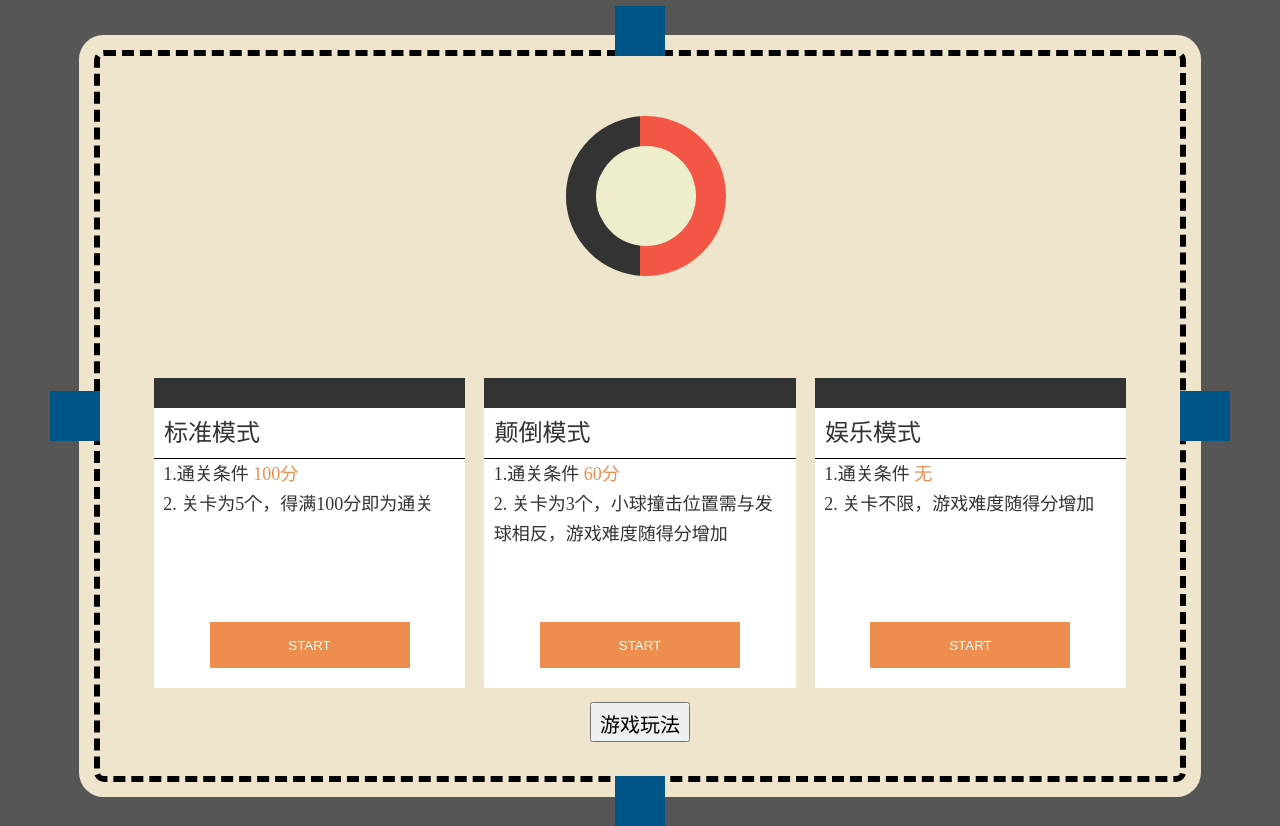
Repository: EEETA/ball-game
Page: theBall2/index.html
These files come from the project's save history. The page is drawn as it stood at one moment and after the next save; the edit follows.
The browser window is 1280 px wide. The pictures show the whole page.

Above is the page before, as saved 2018-08-04 00:22:32.

### theBall2/index.html
<!DOCTYPE html>
<html lang="en">
<head>
    <meta charset="UTF-8">
    <title>theBall</title>
	<link rel="stylesheet" href="style/index.css">
    <script src="js/jquery-1.8.3.min.js"></script>
	<script src="js/jquery.rotate.min.js"></script>
</head>
<body>
    <section class="box">
        <!-- 旋转div -->
        <section class="ball ballZhuan">
            <div class="redPart_box">
                <div class="redPart"></div>
            </div>
            <div class="blackPart_box">
                <div class="blackPart"></div>
            </div>
            <div class="middlePart"></div>
        </section>
        <div class="ball2"></div>

        <section class="idx_pattern">
            <!-- 主界面-游戏模式 -->
        </section>
        <section class="idx_intro">
            <!-- 主界面-游戏玩法 -->
        </section>

        <section class="game_mask">
        <!-- 游戏界面-娱乐模式遮罩提示层 -->
        </section>
        <div class="arrow">
            <!-- 升级效果 -->
        </div>
        <section class="game_shootBox">
            <!-- 游戏界面-小球发射台 -->
        </section>
        <section class="game_fraction">
            <!-- 游戏界面-分数血量显示 -->
        </section>
        <section class="game_hanlder">
            <!-- 游戏界面-结束模块 -->
        </section>
    </div>

    <script src="data/data.js"></script>
    <script>
        const patternLen = pattern.length;
        const idxPattern = document.querySelector('.idx_pattern');
        const idxIntro = document.querySelector('.idx_intro');
        const gameShootBox = document.querySelector('.game_shootBox');
        const gameFraction = document.querySelector('.game_fraction');
        const gameHanlder = document.querySelector('.game_hanlder');
        const gameMask = document.querySelector('.game_mask');
        var my=[];
        /*主界面-游戏模式*/
        for(var i=0;i<patternLen;i++){
            let idxPatternMain=`<div class="playWrap">
                                    <div class="playTit"> ${pattern[i].patternName} </div>
                                    <div class="playIntroduce">
                                        <div class="playIntroduceTxt">1.通关条件 <span style="color:#EE8E4E"> ${pattern[i].explain.condition} </span></div>
                                        <div class="playIntroduceTxt">2. ${pattern[i].explain.produce} </div>
                                    </div>
                                    <button class="start">START</button>
                                </div>`
            idxPattern.innerHTML+=idxPatternMain;
        }
        /*主界面-游戏玩法*/
        let produceTxt=`<div class="introTxt">
                            <div>
                                1.按空格键/AD可旋转 <img src="img/img1.png" alt="" class="sizeOne">
                            </div>
                            <div>
                                2.当<img src="img/img2.png" alt="" class="sizeOne">掉落时,根据模式将 <img src="img/img1.png" alt="" class="sizeOne"> 旋转到对应的颜色即可得1分,反之<span style="color:red">HP-1</span>
                            </div>
                            <div>
                                3.进入游戏后，每个玩家血量为5,右上角为分数面板 <img src="img/img3.png" alt="" class="sizeTwo"> 左侧为当前分数,右侧为当前关卡上限,分数达到上限即可进入下一关
                            </div>
                        </div>
                        <button class="introTxtBtn">游戏玩法</button>`
        idxIntro.innerHTML=produceTxt;



        /*游戏界面-小球发射台*/
        let gameShootBoxMain=`  <div class="launcher launT">

                                </div>
                                <div class="launcher launB">

                                </div>
                                <div class="launcher launL">

                                </div>
                                <div class="launcher launR">

                                </div>`
        gameShootBox.innerHTML+=gameShootBoxMain;

        /*游戏界面-小球发射台*/
        // let gameShootBoxMain=`<div class="top div_middle">
        //                             <div class="div_middle"></div>
        //                         </div>
        //                         <div class="bottom div_middle">
        //                             <div class="div_middle"></div>
        //                         </div>
        //                         <div class="left div_middle">
        //                             <div class="div_middle"></div>
        //                         </div>
        //                         <div class="right div_middle">
        //                             <div class="div_middle"></div>
        //                         </div>`
        // gameShootBox.innerHTML+=gameShootBoxMain;


        /*游戏界面-分数血量显示*/
        let gameFractionMain=`<div class="life">HP:
                                    <div class="hp_div">
                                        <div class="hp_div_main"></div>
                                    </div>
                                </div>
                                <div class="fraction">
                                    <span class="fraction_left"></span>
                                    /
                                    <span class="fraction_right"></span>
                                </div>`
        gameFraction.innerHTML=gameFractionMain;
        /*游戏界面-结束模块*/
        let gameHanlderMain=`<div class="interface">
                                <div class="over">Game Over</div>
                                <div class="success">成功通关</div>
                            </div>
                            <div class="button_box">
                                <button class="button_left">再玩一次</button>
                                <button class="button_right">返回大厅</button>
                            </div>`
        gameHanlder.innerHTML=gameHanlderMain;
        /*游戏界面-娱乐模式遮罩提示层*/
        let gameMaskMain=`<div class="Mask_span">
                                <span>按A键向左转</span>
                                <span>按D键向右转</span>
                            </div>
                            <span class="Mask_p">- 按空格键继续 -</span>`
        gameMask.innerHTML=gameMaskMain;
    </script>
    <script src="js/index.js"></script>
    <script src="js/animation.js"></script>
</body>
</html>

### theBall2/style/index.css
@charset "UTF-8";
html{background: #565656;}
body{-webkit-user-select:none;-moz-user-select:none;-ms-user-select:none; user-select:none;}
input{border: none;outline: none;-webkit-tap-highlight-color: #000000;-webkit-tap-highlight-color: rgba(0, 0, 0, 0);}
button{outline: none;}

.box{
    position: relative;
    margin: 50px auto 0;
    /* overflow: hidden; */
    width: 1080px;
    height: 720px;
    background: #eee5cc;
    border: 6px dashed #000;
    box-shadow: 0 0 0 15px #eee5cc;
    border-radius: 10px;
}
/*两种小球制作*/
.ball{
    position: relative;
    width: 172px;
    height: 172px;
    margin:60px auto 0;
    /* transform:rotate(0deg);
    -ms-transform:rotate(0deg);
    -moz-transform:rotate(0deg);
    -webkit-transform:rotate(0deg);
    -o-transform:rotate(0deg); */
    opacity:1
}
.redPart_box,.blackPart_box{
    height: 50%;
    overflow:hidden;
}
.redPart,.blackPart{
    position: relative;
    height: 160px;
    width: 160px;
    border-radius:50%
}
.redPart{background: #f45646;}
.blackPart{background: #333;top:-100%}
/* .redPart{background: #ff9b9b;}
.blackPart{background: #2aa1a7;top:-100%} */
.middlePart{
    position: absolute;
    left: 30px;
    top: 30px;
    width: 100px;
    height:100px;
    border-radius: 50%;
    background:#eec;
}
.ballZhuan{
    animation-name:rotate;
    animation-iteration-count: infinite;
    animation-duration: 4s;
    animation-timing-function: linear;
}
@keyframes rotate{
    0%{
        transform:rotate(0deg)
    }
    100%{
         transform:rotate(360deg)
    }
}


.ball2{
    width: 0;
    height: 0;
    border-top:20px solid #f45646;
    border-bottom: 20px solid #333;
    border-left:20px solid #efa97a;
    border-right:20px solid #6dd3ce;
    border-width: 86px;
    position: absolute;
    top: calc(50% - 85px);
    left: calc(50% - 85px);
    opacity: 0;
    /* z-index: 10;
    transform:rotate(0deg); */
    border-radius: 50%;
}

/*小球发射*/
.launcher{
    position: absolute;
    margin: 0 auto;
    width: 50px;
    height: 50px;
    background: #058;
}
.launT{left: 0;right: 0;top: -50px;}
.launB{left: 0;right: 0;bottom: -50px;}
.launL{top: 50%;margin-top: -25px;left: -50px}
.launR{top: 50%;margin-top: -25px;right: -50px}
.launchBall{
    position: absolute;
    width: 100%;
    height:100%;
    background:#f45646;
    border-radius: 50%;
}


/*成功击中扩散动画*/
.ball_middle{
    height: 75px;
    width:75px;
    border-radius: 50%;
    background: #333;
    opacity:0.5;
    position: absolute;
    top: calc(50% - 37px);
    left:calc(50% - 37px);
}

.game_fraction{
    width: 100%;
    height: 80px;
    top:50px;
    position: absolute;
    display: none;
}
.life{width: 60%;height: 100%;display: inline-block;line-height: 80px;text-indent: 10px;color:#f00;}
.fraction{width: 30%;height: 100%;text-align: center;line-height: 80px;float: right;margin-right: 10px;font-size: 30px;}
.fraction span{color:#333;}
.firworks{width: 4px;height: 4px;position: absolute;border-radius: 50%}
.over,.success{position: absolute;top:43%;font-size: 60px;opacity:0;z-index: 30;width: 100%;text-align: center;}
.arrow{height: 300px;width: 500px;position: absolute;top: calc(50% - 150px);left: calc(50% - 250px);}
.arrow span{font-size: 30px;color: #333;position: absolute;left: calc(50% - 145px);top: 150px;opacity: 0;height: 100px;width: 300px;text-align: center;}
 .img{height:80px;width: 30px;position: absolute;}



.button_box{
    position: absolute;
    left:0;
    right:0;
    bottom:45px;
    margin:0 auto;
    width: 380px;
    display: none;
    opacity: 0;
}
.button_left,.button_right{
    height: 46px;
    width: 150px;
    background:#333;
    border-radius:3px;
    font-size: 24px;
    color:#fff;
    cursor:pointer;
    border:none;
}
.button_left:hover,.button_right:hover{background: #f45646;}
.button_left{float:left;}
.button_right{float:right;}


/************************************游戏玩法***********************************/
.introTxtBtn{
    position: absolute;
    bottom: 34px;
    font-size: 20px;
    cursor:pointer;
    z-index: 1000;
    left: calc(50% - 50px);
    height: 40px;
    width: 100px;
    text-align: center;
    line-height: 40px
}
.introTxtBtn:hover{
    background: #333;
    color: #fff;
}
.introTxt{
    width: 500px;
    height: 530px;
    left: calc(50% - 250px);
    top: calc(50% - 300px);
    line-height: 40px;
    background: #fff;
    border-radius: 5px;
    display: none;
    z-index: 1001;
    position: absolute;
}
.sizeOne,.sizeTwo{
    position:relative;
    top: 10px;
}
.sizeOne{width: 40px;}
.sizeTwo{width: 80px;}
.introTxt div{margin:30px auto;width: 90%;font-size: 24px}
.introTxt p{display: inline-block;}



.hp_div{display: inline-block;width: 180px;height: 40px;border:1px solid red;vertical-align:middle;border-radius: 4px;}
.hp_div_main{height: 100%;width: 100%;background: red;border-radius: 3px;}


.game_mask{
    display: none;
    position: absolute;
    width: 100%;
    height: 100%;
    top: 0;
    left: 0;
    background: rgba(51,51,51,.5);
    font-size: 30px;
    color: #fff;
    z-index: 1;
}
.Mask_span{
    position: absolute;
    top:calc(50% - 100px);
    opacity: 1;
    width: 100%;
    text-align: center;
    line-height: 100px;
}
.Mask_span span{
    display: block;
}
.Mask_p {
    position: absolute;
    bottom: 150px;
    width: 100%;
    text-align: center;
    font-size:40px;
    color: #000;
    animation-name:opacity;
    animation-iteration-count: infinite;
    animation-duration: 1.8s;
}
@keyframes opacity{
    0%{
        opacity:0
    }
    50%{
        opacity: 1
    }
    100%{
        opacity:0
    }
}


/*playFour*/
.idx_pattern{
    overflow:auto;
    position: relative;
    margin: 0 auto;
    width: 90%;
    margin-top: 90px;
}
.playWrap{
    overflow: hidden;
    position: relative;
    float:left;
    width: 32%;
    height: 280px;
    background:#fff;
    color:#333;
    border-top: 30px solid;
}
.playWrap:nth-child(2){margin: 0 2%;}
.playWrap:hover{
    background: rgba(255,255,255,.7)
}
.playTit{
    /* width: 100%; */
    border-bottom: 1px solid #000;
    font-size: 24px;
    line-height: 50px;
    text-indent: 10px;
}
.playIntroduce{
    font-size: 18px;
    text-align: left;
    line-height: 30px;
    margin: 0 auto;
    width: 94%;
}
.start{
    position:absolute;
    bottom:0;
    left:0;
    right:0;
    width: 200px;
    height: 46px;
    background: #EE8E4E;
    color: #fff;
    outline: none;
    margin: 0 auto 20px;
    cursor: pointer;
    border: none;
}
.start:hover{background: rgba(51,51,51,1)}

### theBall2/data/data.js

/*
patternName：模式名称
explain：游戏说明
condition：过关条件
produce：关卡介绍
tip：其他
*/
var pattern=[
    {
        patternName:'标准模式',
        explain:{
            condition:'100分',
            produce:'关卡为5个，得满100分即为通关',
            tip:''
        }
    },
    {
        patternName:'颠倒模式',
        explain:{
            condition:'60分',
            produce:'关卡为3个，小球撞击位置需与发球相反，游戏难度随得分增加',
            tip:''
        }
    },
    {
        patternName:'娱乐模式',
        explain:{
            condition:'无',
            produce:'关卡不限，游戏难度随得分增加',
            tip:''
        }
    }
]
var gameInit=[
    {
        hp:1,
        hp_box:10,
        fraction:0,
        toplimit:10,

    }
]
// var gameHanlder={
//     gameOver="Game Over",
//     gameSuccess="游戏通关",
// }

### theBall2/js/animation.js


// 抖动效果
jQuery.fn.shake = function (intShakes /*Amount of shakes*/, intDistance /*Shake distance*/, intDuration /*Time duration*/) {
    this.each(function () {
        var jqNode = $(this);
        jqNode.css({ position: 'relative' });
        for (var x = 1; x <= intShakes; x++) {
            jqNode.animate({ left: (intDistance * -1) }, (((intDuration / intShakes) / 4)))
            .animate({ left: intDistance }, ((intDuration / intShakes) / 2))
            .animate({ left: 0 }, (((intDuration / intShakes) / 4)));
        }
    });
    return this;
}

/*撞击成功*/
success=function(r,borderSpacing){
    switch_1=1;
    $('<div class="ball_middle" style="background-color:'+$(r).css('background-color')+';display:block"></div>').appendTo(ballShow);
    $('.ball_middle').animate({ borderSpacing:borderSpacing },{
            step:function(now){
                $(this).css('transform','scale('+now+','+now+')')
            },
            duration:200
        }
    );
    $('.ball_middle').animate({opacity:'0'},200,function(){
        this.remove();
    });
    $(r).remove();

    fractionNow++;
    $('.fraction_left').html(fractionNow);
}

fail=function(r){   //撞击失败
    switch_1=1;
    for(var i=0;i<20;i++){
        var firworks=$('<div class="firworks"></div>');
        var b=new boom(firworks,$(r).offset().left,$(r).offset().top,$(r).css('background-color'));
        b.move();
    }
    $(r).remove();
	hp--;
    fail_hp=hp*100/hp_box;
    $('.hp_div_main').animate({width:fail_hp+"%"},500);
}

boom=function(div,x,y,color){  //爆炸效果
        $('body').append(div);
        $(div).css({
            left:x+'px',
            top:y+'px',
            background:color
        });
        var speedX = (parseInt(Math.random()*2) == 0 ? 1 : -1)*parseInt(Math.random()*16 + 1);  //三目运算符随机移动方向，概率50%,为1时往正方向移动，负1时往反方向移动第二个随机数随机速度快慢
        var speedY = (parseInt(Math.random()*2) == 0 ? 1 : -1)*parseInt(Math.random()*20 + 1);

        this.move=function(){
            var i = 3;
            var time=setInterval(function(){
            i++;
            $(div).css({
                left:div[0].offsetLeft+speedX+'px',
                top:div[0].offsetTop+speedY+i+'px',
            })
            if(div[0].offsetLeft+div[0].offsetWidth>window.innerWidth|| div[0].offsetLeft<2 || div[0].offsetTop+div[0].offsetHeight>window.innerHeight || div[0].offsetTop<2 ){
                    div.remove();       //移动出可视区域记得删除div和清除定时器
                    clearInterval(time);
                }
            },1000/30)
        }
}

callarrow=function(arrow_html){  //初始化提升动画
    for(var i=0;i<10;i++){
        var a=new addarrow(i);
        a.move();
    }

    $('.arrow').append('<span>'+arrow_html+'</span>');
    $('.arrow span').animate({top:'0',opacity:1},600,function(){$(this).animate({opacity:0},800,function(){this.remove()})});

}

 addarrow=function(i){  //难度提升动画
        var leftnum=parseInt(Math.random()*500);
        var topnum=parseInt(Math.random()*400);
        var arrow=$(' <img src="img/Arrow.png" class="img">');
        var now=(Math.random()*1.1+0.75).toFixed(2);

        $('.arrow').append(arrow);
        $('.img')[i].style.cssText="top:"+topnum+"px;left:"+leftnum+"px;transform:scale("+now+","+now+")";

        this.move=function(i){
            $('.img').animate({top:'-100',opacity:'0'},700,function(){
                this.remove();
            });
        }
}
endarrow=function(innertHTML,time){
    $('.arrow').append('<span>'+innertHTML+'</span>');
    setTimeout(function(){$('.arrow span').animate({top:'0',opacity:1},1000,function(){$(this).animate({opacity:0},1500,function(){this.remove()})})},time);
}

rotate_transition=function(ball,ball2){
    $(ball).rotate({
            animateTo: 180,
            duration:300,
        }
    );
    $(ball).animate({opacity:'0'},600);
    $(ball2).animate({opacity:'1'},600);
    $(ball2).rotate({
            animateTo:-360,
            duration:600
    });
}

movejudge=function(r,rou,red,qing,black,num,numberMode){
    numbox=numList;
    if(numList>0){
        numbox=negative;
    }
    if($(r).css('background-color')=='rgb(239, 169, 122)' && numbox%360==rou){  //肉
        success(r,num);
    }else if($(r).css('background-color')=='rgb(244, 86, 70)' && numbox%360==red){  //红
        success(r,num);
    }else if($(r).css('background-color')=='rgb(109, 211, 206)' && numbox%360==qing){  //青
        success(r,num);
    }else if($(r).css('background-color')=='rgb(51, 51, 51)' && numbox%360==black){  //黑
        success(r,num);
    }else{fail(r)};

    appendball(numberMode);
    $(r).stop();
}

// Mask=function(){
//     $('.game_mask').fadeIn(300);
//     $('.Mask_p').fadeIn(800);
//     $('.Mask_span').fadeIn(800);
//     // $('.Mask_p').addClass('play');
// }


box_animation=function(height,width,speed){
    speed = speed||1000;
    $('.box').animate(
        {
            width:width+'px',
            height:height+'px',
        },
        {
            duration:speed,
        }
  	);
}

Loaded but not shown: theBall2/js/jquery-1.8.3.min.js (library); theBall2/js/jquery.rotate.min.js (library); theBall2/js/index.js (336 lines, source omitted)

After the next save:
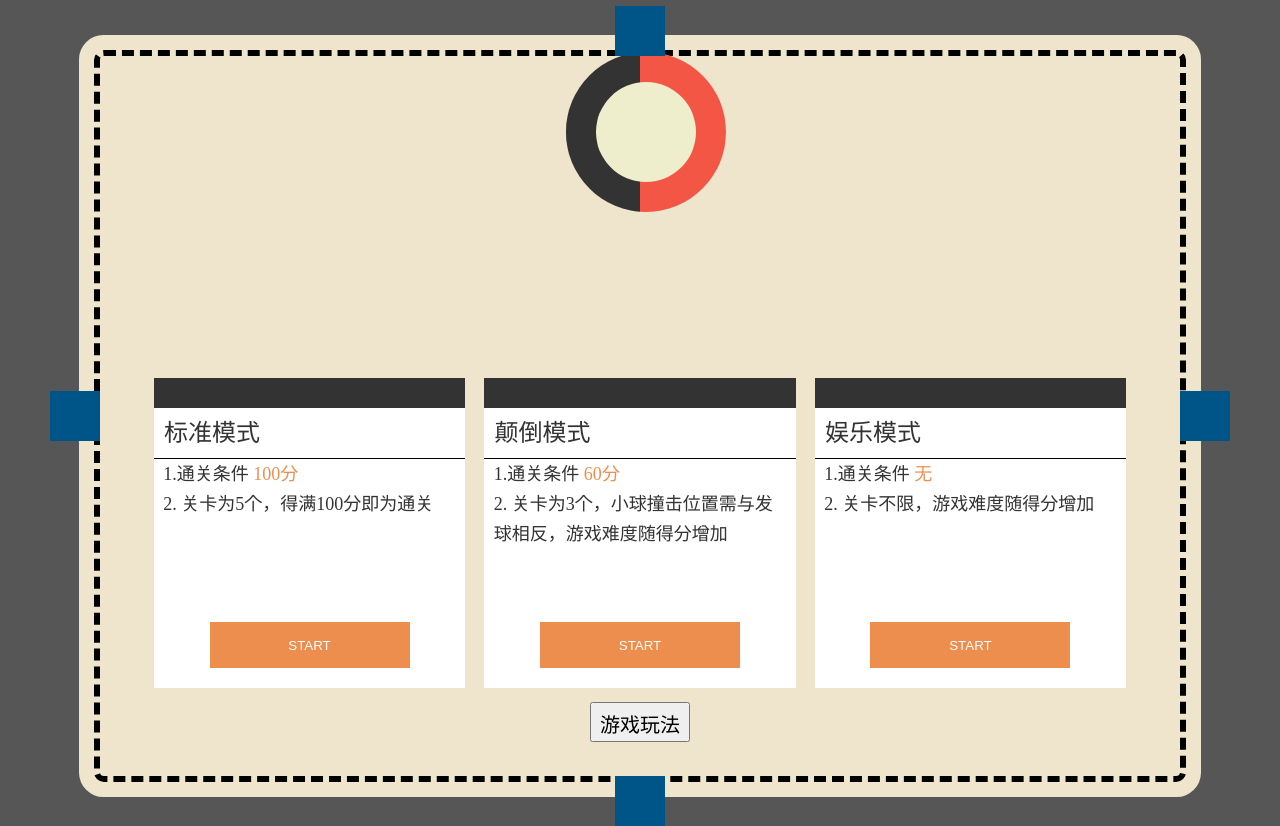
Saved 8 s later.
--- a/theBall2/style/index.css
+++ b/theBall2/style/index.css
@@ -18,7 +18,7 @@
 /*两种小球制作*/
 .ball{
     position: relative;
-    width: 172px;
+    width: 300px;
     height: 172px;
     margin:60px auto 0;
     /* transform:rotate(0deg);

After the save that followed:
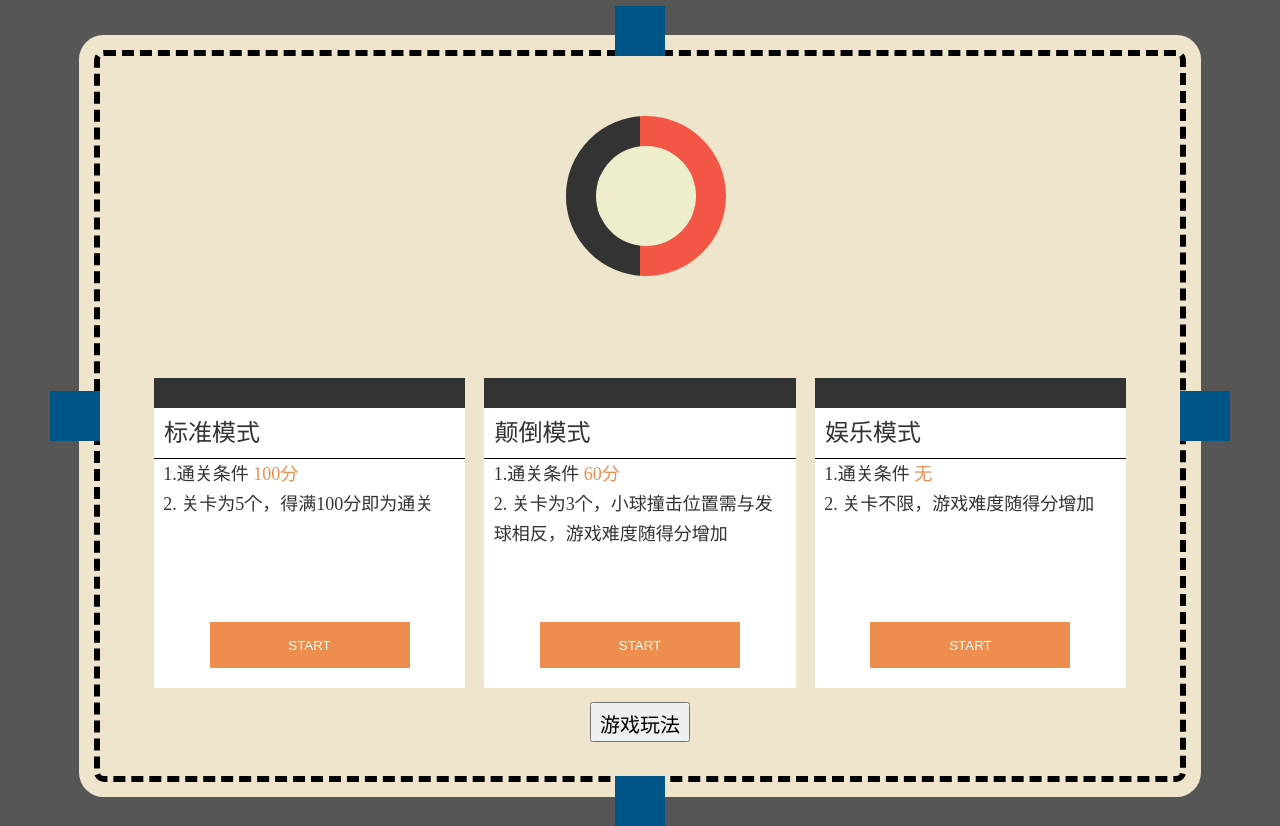
Saved 25 s later.
--- a/theBall2/style/index.css
+++ b/theBall2/style/index.css
@@ -18,7 +18,7 @@
 /*两种小球制作*/
 .ball{
     position: relative;
-    width: 300px;
+    width: 172px;
     height: 172px;
     margin:60px auto 0;
     /* transform:rotate(0deg);
